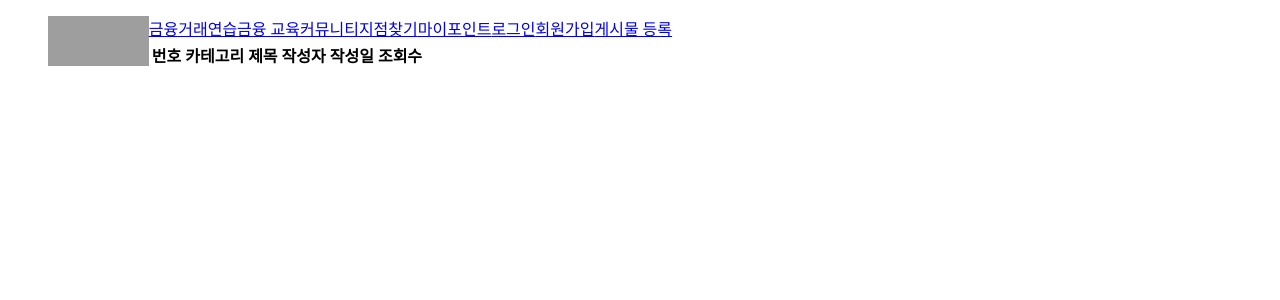
Repository: syc98syc/KB04_TeamProject
Page: http://localhost/jgig/WEB-INF/jsp/board/list.jsp
These files come from the project's save history. The page is drawn as it stood at one moment and after the next save; the edit follows.
The browser window is 1280 px wide. The pictures show the whole page.
Pictures or frames that could not be fetched are drawn as grey boxes. The page is served by Tomcat 9. Nobody is signed in. Other server files are loaded and not shown. The template is opened directly, without the code that normally fills it, so the values that code supplies are empty.

Above is the page before, as saved 2023-09-06 01:03:09.

### jgig/src/main/webapp/WEB-INF/jsp/board/list.jsp
<%@ page language="java" contentType="text/html; charset=UTF-8"
    pageEncoding="UTF-8"%>
<%@ taglib uri="http://java.sun.com/jsp/jstl/core" prefix="c" %>
<!DOCTYPE html>
<html>
<head>
<meta charset="UTF-8">
<title>웹게시물 목록</title>
<style>
	img {
		width: 7vmin;
		height: 7vmin;
	}
	ul{
		list-style: none;
		background: #eee;
	}
	li{
		float: left;
	}
</style>
</head>
<body>
	<div id = "TopsideMenu">
		<nav>
				<ul><!-- 각 항목 클릭 시 iframe 부분을 해당 사이트로 변경 -->
					<li><img src="resources/img/KB.png"></li>
					<li><img src="resources/img/지금입금.png"></li>
					<li class="menu1"><a href="#">금융거래연습</a></li>
					<li class="menu2"><a href="#">금융 교육</a></li>
					<li class="menu3"><a href="#">커뮤니티</a></li>
					<li class="menu4"><a href="#">지점찾기</a></li>
					<li class="menu5"><a href="#">마이포인트</a></li>
					<li class="menu6"><a href="#">로그인</a></li>
					<li class="menu7"><a href="#">회원가입</a></li>
				</ul>
		</nav>
	</div>


	<a href="/board_insert_form">게시물 등록</a> <br>
	<table>
		<tr>
		<th>번호</th>
		<th>카테고리</th>
		<th>제목</th>
		<th>작성자</th>
		<th>작성일</th>
		<th>조회수</th>
		<c:forEach items="${board_list}" var="brd">
		<tr>
			<td>${brd.brd_id }</td>
			<td>${brd.brd_category }</td>
			<td><a href="board_detail?no=${brd.brd_id}">${brd.title}</a></td>
			<td>${brd.mem_id }</td>
			<td>${brd.brd_date_created }</td>
			<td>${brd.brd_view }</td>
		</tr>
		</c:forEach>
	</table>

</body>
</html>

After the next save:
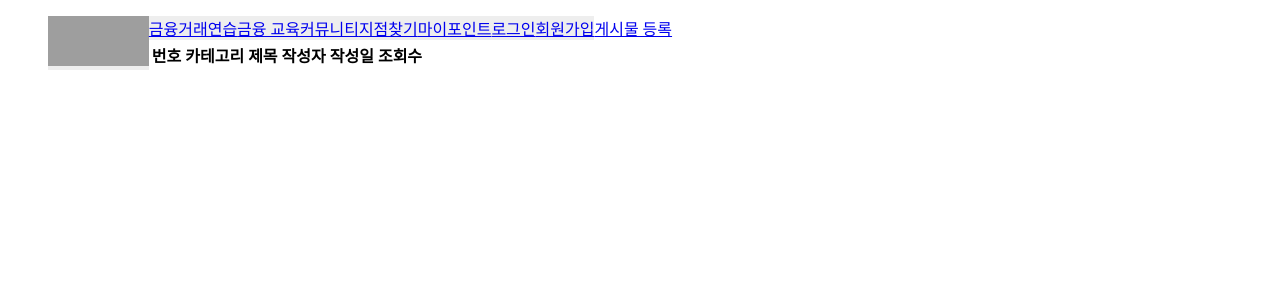
Saved 15 s later.
--- a/jgig/src/main/webapp/WEB-INF/jsp/board/list.jsp
+++ b/jgig/src/main/webapp/WEB-INF/jsp/board/list.jsp
@@ -17,6 +17,7 @@
 	}
 	li{
 		float: left;
+		background: #eee;
 	}
 </style>
 </head>
